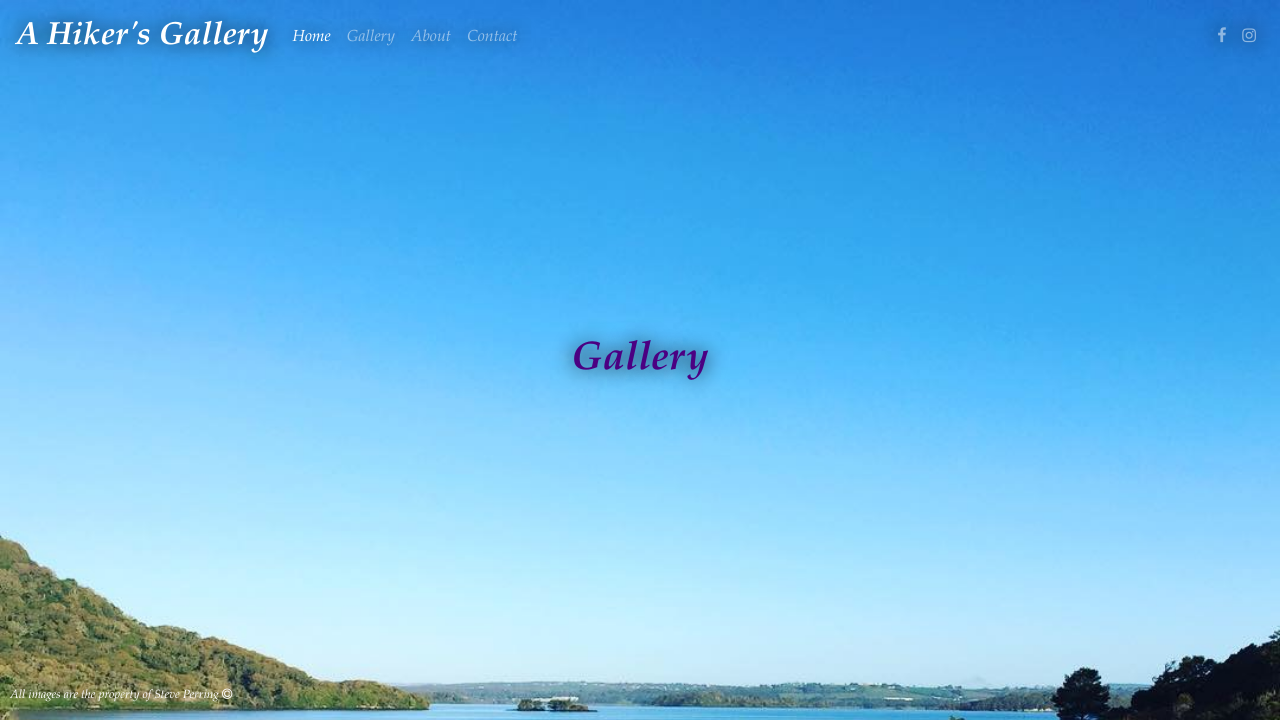
Repository: S-Perring/hiker
Page: index.html
The author's editor kept a record of every edit. The page is drawn from the files as they stood at one moment, then again after the next edit.
The browser window is 1280 px wide. The pictures show the whole page.

Above is the page before.

### index.html
<!DOCTYPE html>
<html lang="en">
<head>
    <meta charset="UTF-8">
    <meta name="viewport" content="width=device-width, initial-scale=1.0">
    <meta http-equiv="X-UA-Compatible" content="ie=edge">
    <link rel="stylesheet" href="https://stackpath.bootstrapcdn.com/bootstrap/4.3.1/css/bootstrap.min.css" type="text/css" />
    <link rel="stylesheet" href="https://stackpath.bootstrapcdn.com/font-awesome/4.7.0/css/font-awesome.min.css" type="text/css" />
    <link rel="stylesheet" href="https://cdnjs.cloudflare.com/ajax/libs/font-awesome/4.7.0/css/font-awesome.min.css">
    <link rel="stylesheet" href="css/style.css" type="text/css" />
    <title>Hiker's Gallery</title>
</head>

<body>

<header>
  <nav class="navbar fixed-top navbar-expand-sm navbar-dark scrolling-navbar">
    <a class="navbar-brand" href="#"><strong>A Hiker's Gallery</strong></a>
    <button class="navbar-toggler" type="button" data-toggle="collapse" data-target="#navbarSupportedContent"
      aria-controls="navbarSupportedContent" aria-expanded="false" aria-label="Toggle navigation">
      <span class="navbar-toggler-icon"></span>
    </button>
    <div class="collapse navbar-collapse" id="navbarSupportedContent">
      <ul class="navbar-nav mr-auto">
        <li class="nav-item active">
          <a class="nav-link" href="index.html">Home <span class="sr-only">(current)</span></a>
        </li>
        <li class="nav-item">
          <a class="nav-link" href="gallery.html">Gallery</a>
        </li>
        <li class="nav-item">
          <a class="nav-link" href="about.html">About</a>
        </li>
        <li class="nav-item">
          <a class="nav-link" href="contact">Contact</a>
        </li>
      </ul>
      <ul class="navbar-nav nav-flex-icons">
        <li class="nav-item">
          <a class="nav-link"><i class="fa fa-facebook"></i></a>
        </li>
        <li class="nav-item">
          <a class="nav-link"><i class="fa fa-instagram"></i></a>
        </li>
      </ul>
    </div>
  </nav>

</header>

<section>
    <div class="main-pic">

        <div>
            <a class="explore" href="gallery.html">Gallery</a>
        </div>
    </div>


</section>

<footer class="fixed-bottom">
   <p>All images are the property of Steve Perring  <i class="fa fa-copyright"></i></p>
</footer>

    <script src="https://code.jquery.com/jquery-3.3.1.slim.min.js"></script>
    <script src="https://cdnjs.cloudflare.com/ajax/libs/popper.js/1.14.7/umd/popper.min.js"></script>
    <script src="https://stackpath.bootstrapcdn.com/bootstrap/4.3.1/js/bootstrap.min.js"></script>

</body>

</html>

### css/style.css
@import url('https://fonts.googleapis.com/css?family=Roboto:100,200,300,400,500,600,700|Exo:100,200,300,400,500,600,700');


.nav-link {
    font-family: Garamond;
    color: #f0ece1;
    font-weight: 200;
    font-style: italic;
}


.main-pic {
    background-image: url(../css/images/IMG_5437.JPG);
    background-size: cover;
    max-width: 100%;
    height: 100vh;
    padding: 0;
    display: flex;
    align-items: center;
    justify-content: center;
    position: relative;
    background-repeat: no-repeat;

}


.navbar-brand {
    font-family: Garamond;
    font-size: 2em;
    font-style: italic;
    color: #f0ece1;
    border-color: #f0ece1;
}

.explore {
    font-family: Garamond;
    text-align: center;
    font-style: italic;
    font-size: 2.5em;
    font-weight: bolder;
    color: #4B0082;

}


a {
    text-decoration: none;
    background-color: transparent;
    text-shadow: 0 0 20px black;
}

footer {
    padding-left: 10px;
    position: relative;
    font-family: Garamond;
    font-style: italic;
    color: #fff;
    font-size: .75em;
}

a:hover {
  text-decoration: none;
  text-transform: capitalize;
  color: #fff;

}

After the next edit:
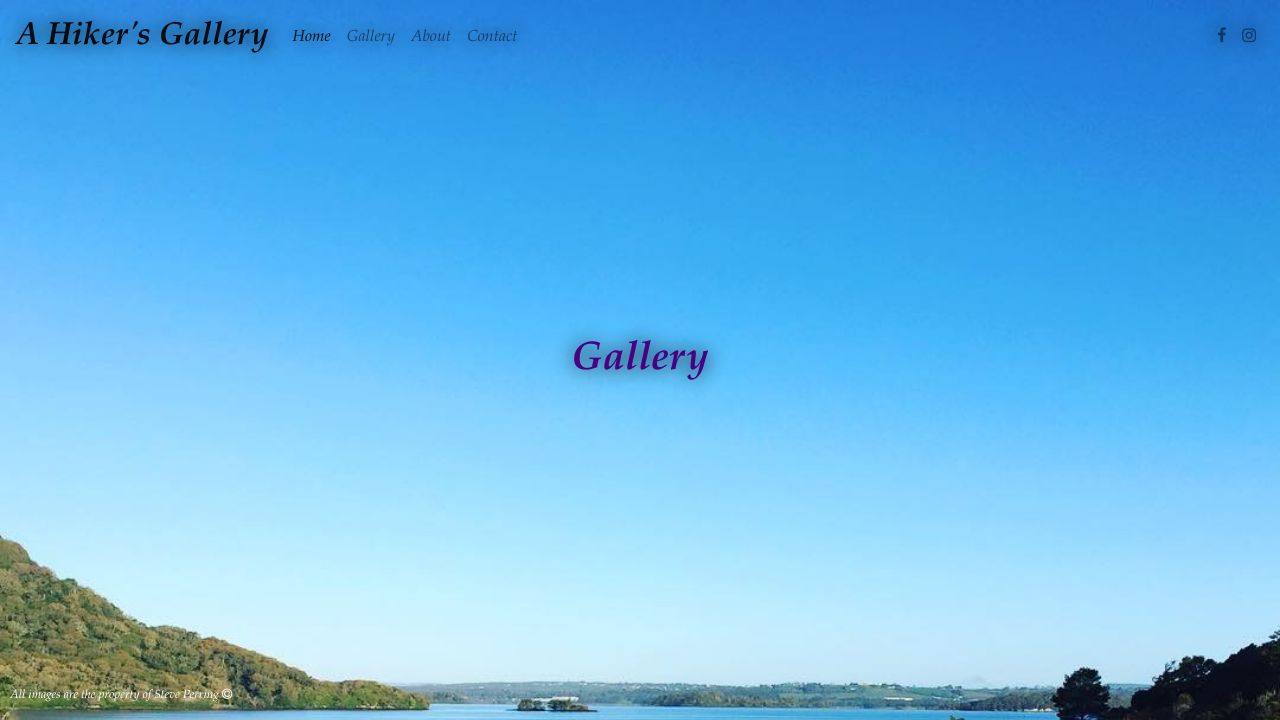
The edit:
--- a/index.html
+++ b/index.html
@@ -14,7 +14,7 @@
 <body>
 
 <header>
-  <nav class="navbar fixed-top navbar-expand-sm navbar-dark scrolling-navbar">
+  <nav class="navbar fixed-top navbar-expand-sm navbar-light scrolling-navbar">
     <a class="navbar-brand" href="#"><strong>A Hiker's Gallery</strong></a>
     <button class="navbar-toggler" type="button" data-toggle="collapse" data-target="#navbarSupportedContent"
       aria-controls="navbarSupportedContent" aria-expanded="false" aria-label="Toggle navigation">
